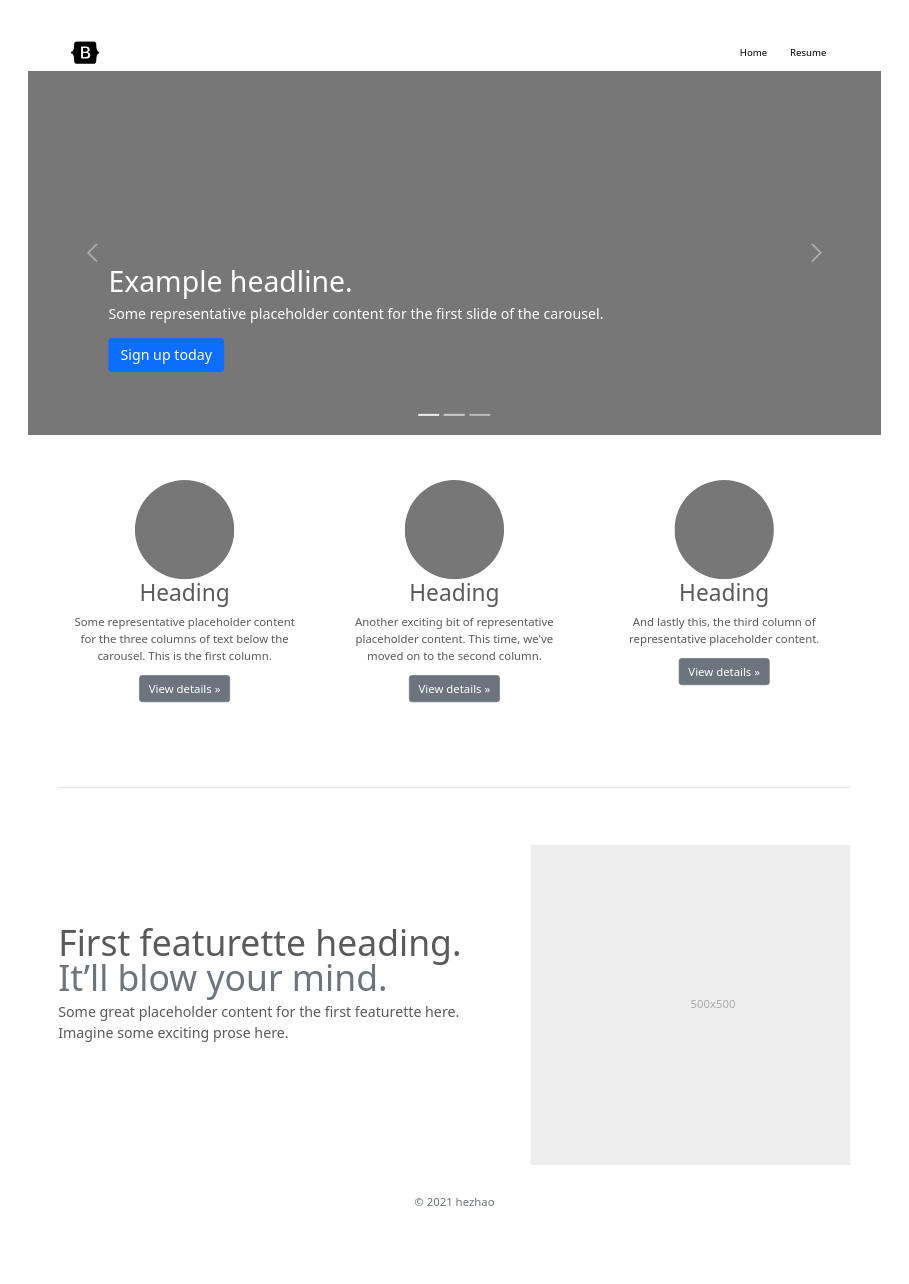
Repository: HeZhao-hugh/personal-web
Page: index.html
These files come from the project's save history. The page is drawn as it stood at one moment and after the next save; the edit follows.
The browser window is 1280 px wide. The pictures show the whole page, at 71% of full size.

Above is the page before, as saved 2022-01-19 20:57:51.

After the next save:
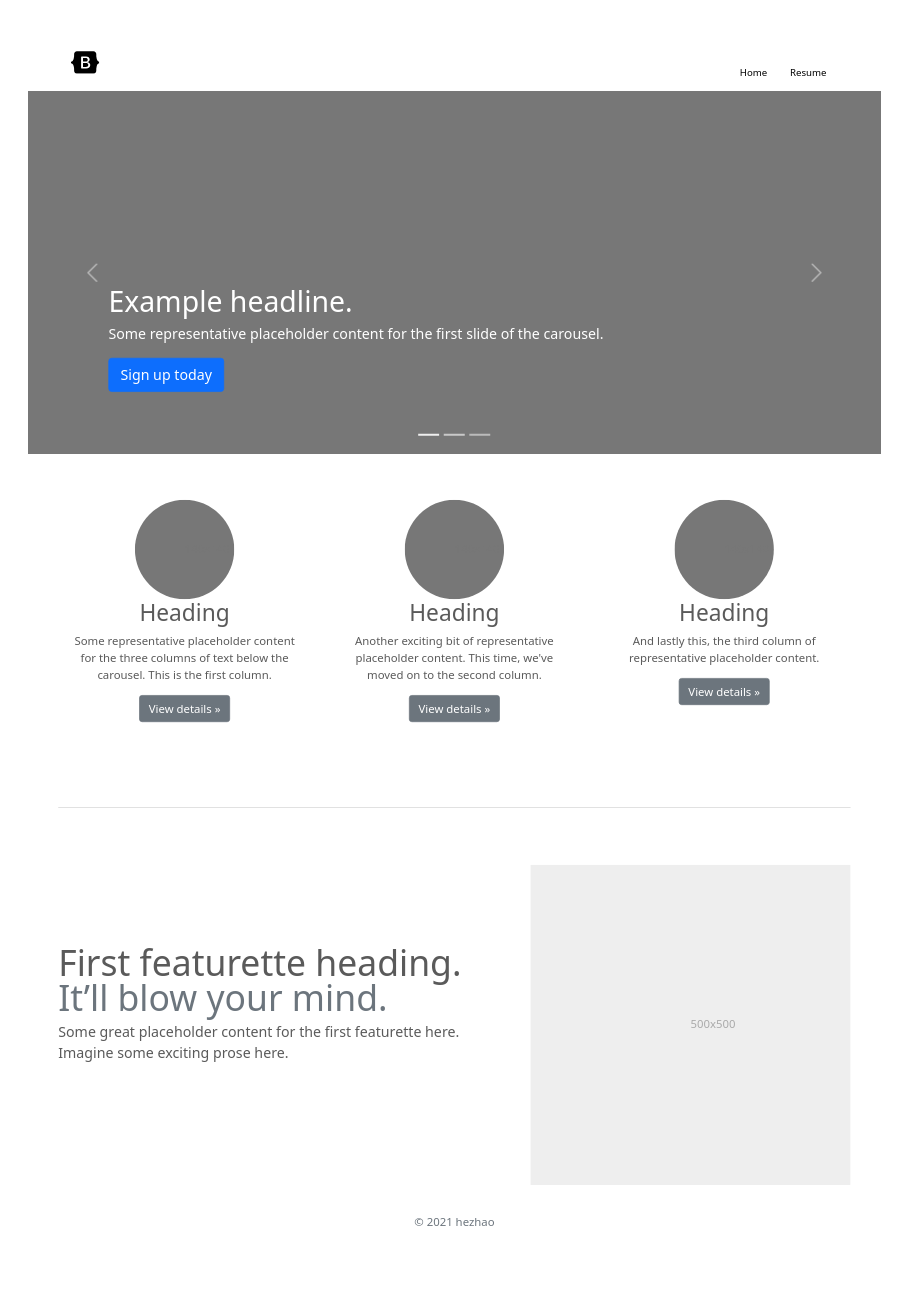
Saved 55 s later.
--- a/index.html
+++ b/index.html
@@ -70,15 +70,15 @@
                         <ul class="nav col-12 col-lg-auto my-2 justify-content-center my-md-0 text-small">
                             <li>
                                 <a href="HOME" class="navbar-item nav-link text-black">
-                                    <!-- <svg class="bi d-block mx-auto mb-1" width="24" height="24"> -->
-                                    <!-- <use href="#Home1" />--></svg>
+                                    <svg class="bi d-block mx-auto mb-1" width="24" height="24">
+                                        <!-- <use href="#Home1" />--></svg>
                                     Home
                                 </a>
                             </li>
                             <li>
                                 <a href="RESUME" class="navbar-item nav-link text-black">
-                                    <!-- <svg class="bi d-block mx-auto mb-1" width="24" height="24"> -->
-                                    <!-- <use href="#Resume1" />--></svg>
+                                    <svg class="bi d-block mx-auto mb-1" width="24" height="24">
+                                        <!-- <use href="#Resume1" />--></svg>
                                     Resume
                                 </a>
                             </li>
